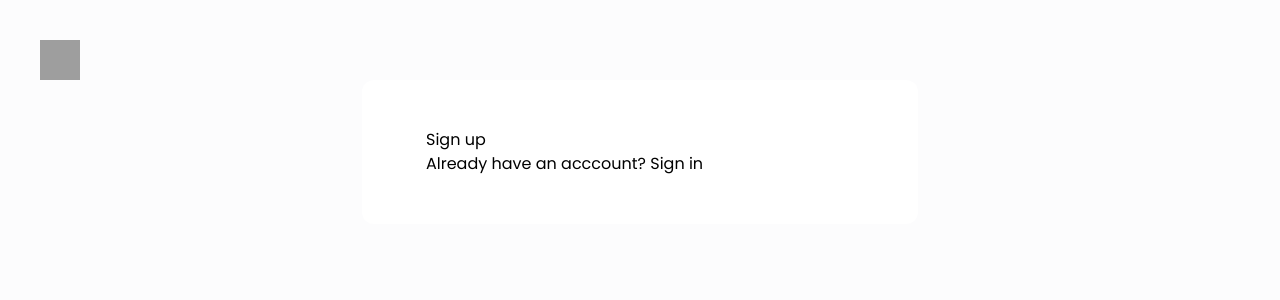
Repository: theweirdboiz/cudotiem-admin
Page: /auth/signup
An editor plug-in stored every save of this project. The page is shown before and after the next save, followed by the edit.
The browser window is 1280 px wide. The pictures show the whole page.
Pictures or frames that could not be fetched are drawn as grey boxes. The project was rebuilt for these pictures with package versions that can differ from the ones it lists, and the page was loaded fresh each time. Some packages were replaced by stand-ins written for this rebuild. Also part of the build but not shown: vite.config.js, src/components/checkbox/Checkbox.jsx, src/components/input/Input.jsx, src/components/common/ErrorComponent.jsx, src/layouts/components/header/Header.jsx, src/layouts/components/sidebar/Sidebar.jsx, src/layouts/components/index.jsx, src/layouts/DefaultLayout.jsx.

Above is the page before, as saved 2023-03-07 09:47:22.

After the next save:
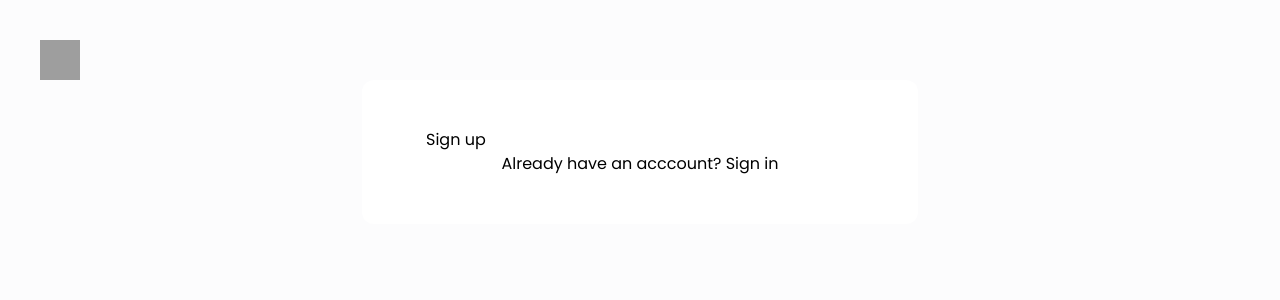
Saved 10 s later.
--- a/src/pages/auth/SingUpPage.jsx
+++ b/src/pages/auth/SingUpPage.jsx
@@ -6,7 +6,7 @@ const SideUpPage = (props) => {
   return (
     <>
       <h3>Sign up</h3>
-      <p>
+      <p className="text-center">
         Already have an acccount? <Link to="/auth/sign-in">Sign in</Link>
       </p>
     </>
